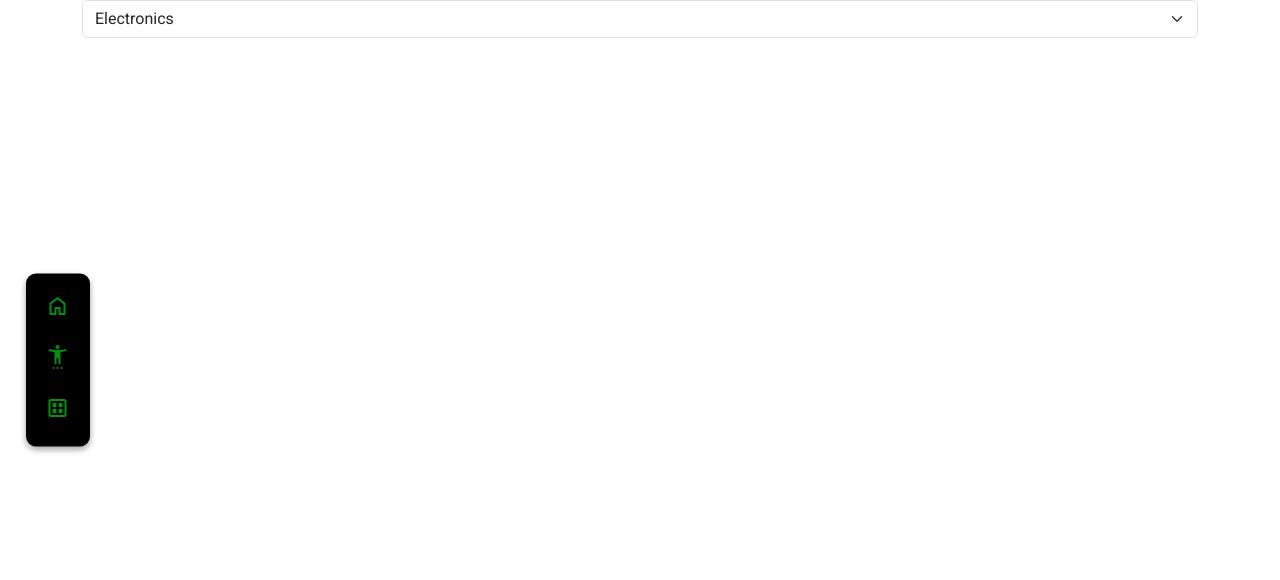
Repository: tuankiet10920/homeworkFEF
Page: /about
An editor plug-in stored every save of this project. The page is shown before and after the next save, followed by the edit.
The browser window is 1280 px wide. The pictures show the whole page.
The project was rebuilt for these pictures with package versions that can differ from the ones it lists, and the page was loaded fresh each time. Also part of the build but not shown: vite.config.js, src/views/HomeView.vue.

Above is the page before, as saved 2024-10-23 22:15:21.

### index.html
<!doctype html>
<html lang="en">
  <head>
    <meta charset="UTF-8" />
    <link rel="icon" href="/favicon.ico" />
    <meta name="viewport" content="width=device-width, initial-scale=1.0" />
    <link
      href="https://cdn.jsdelivr.net/npm/bootstrap@5.3.3/dist/css/bootstrap.min.css"
      rel="stylesheet"
      integrity="sha384-QWTKZyjpPEjISv5WaRU9OFeRpok6YctnYmDr5pNlyT2bRjXh0JMhjY6hW+ALEwIH"
      crossorigin="anonymous"
    />
    <link
      rel="stylesheet"
      href="https://fonts.googleapis.com/css2?family=Material+Symbols+Outlined:opsz,wght,FILL,GRAD@20..48,100..700,0..1,-50..200"
    />
    <link rel="preconnect" href="https://fonts.googleapis.com" />
    <link rel="preconnect" href="https://fonts.gstatic.com" crossorigin />
    <link
      href="https://fonts.googleapis.com/css2?family=Roboto:ital,wght@0,100;0,300;0,400;0,500;0,700;0,900;1,100;1,300;1,400;1,500;1,700;1,900&display=swap"
      rel="stylesheet"
    />
    <title>Vite App</title>
    <link rel="stylesheet" href="./src/assets/css/main.css" />
  </head>
  <body>
    <div id="app"></div>
    <script
      src="https://cdn.jsdelivr.net/npm/bootstrap@5.3.3/dist/js/bootstrap.bundle.min.js"
      integrity="sha384-YvpcrYf0tY3lHB60NNkmXc5s9fDVZLESaAA55NDzOxhy9GkcIdslK1eN7N6jIeHz"
      crossorigin="anonymous"
    ></script>
    <script type="module" src="/src/main.js"></script>
  </body>
</html>

### src/assets/css/main.css
* {
  margin: 0;
  padding: 0;
  box-sizing: border-box;
  text-decoration: none;
  color: #000;
  font-size: 16px;
  font-family: 'Roboto', sans-serif;
  font-weight: 300;
  font-style: normal;
}

### src/App.vue
<script setup>
import { RouterLink, RouterView } from 'vue-router'
import GetSrcImage from './assets/help/getSrcImage.js'
import Icon from './components/Icon.vue'
</script>

<template>
  <header>
    <div class="wrapper">
      <nav>
        <RouterLink to="/">
          <Icon iconName="home" />
        </RouterLink>

        <RouterLink to="/about">
          <Icon iconName="settings_accessibility" />
        </RouterLink>

        <RouterLink to="/labs">
          <Icon iconName="dataset" />
        </RouterLink>
      </nav>
    </div>
  </header>
  <RouterView />
</template>

<style scoped>
.wrapper nav a {
  margin-bottom: 20px;
  width: fit-content;
  text-decoration: none;
}
.wrapper nav a span {
  color: #009011;
}
.wrapper nav a:last-child {
  margin-bottom: 0;
}
nav {
  display: flex;
  flex-direction: column;
  justify-content: center;
  position: absolute;
  top: 50%;
  left: 2%;
  transform: translateY(-50%);
  padding: 20px;
  border-radius: 10px;
  background: #000;
  box-shadow:
    rgba(0, 0, 0, 0.16) 0px 3px 6px,
    rgba(0, 0, 0, 0.23) 0px 3px 6px;
}
</style>

### src/router/index.js
import { createRouter, createWebHistory } from 'vue-router'
import HomeView from '../views/HomeView.vue'

const router = createRouter({
  history: createWebHistory(import.meta.env.BASE_URL),
  routes: [
    {
      path: '/',
      name: 'home',
      component: HomeView,
    },
    {
      path: '/about',
      name: 'about',
      // route level code-splitting
      // this generates a separate chunk (About.[hash].js) for this route
      // which is lazy-loaded when the route is visited.
      component: () => import('../views/AboutView.vue'),
    },
    {
      path: '/labs',
      name: 'labs',
      component: () => import('../views/LabView.vue'),
    }
  ],
})

export default router

### src/assets/help/getSrcImage.js
const getSrcImage = (image) => {
    let __path = 'http://localhost:5173/src/assets/img/'
    return __path + image
}
export default getSrcImage

### src/components/Icon.vue
<script setup>
const props = defineProps(['iconName'])
</script>
<template>
  <span class="material-symbols-outlined"> {{ props.iconName }} </span>
</template>
<style scoped></style>

### src/views/AboutView.vue
<script setup>
import Bai4 from '../Labs/Lab3/Bai4.vue'
</script>
<template>
  <Bai4 />
</template>

<style></style>

### src/Labs/Lab3/Bai4.vue
<script setup>
import { reactive, ref, computed } from 'vue'
import Alienware from '../../assets/img/alienware-g15.webp'
import getSrcImage from '@/assets/help/getSrcImage'
const product = reactive([
  {
    id: 1,
    name: 'Laptop',
    price: 15000000,
    quantity: 5,
    category: 'Electronics',
    inStock: true,
    description: 'Laptop thế hệ mới',
    imageUrl: 'alienware-g15.webp',
  },
  {
    id: 2,
    name: 'Phone',
    price: 8000000,
    quantity: 12,
    category: 'Electronics',
    inStock: true,
    description: 'Điện thoại thông minh',
    imageUrl: 'alienware-m15.webp',
  },
  {
    id: 3,
    name: 'Headphone',
    price: 2000000,
    quantity: 0,
    category: 'Accessories',
    inStock: false,
    description: 'Tai nghe chất lượng cao',
    imageUrl: 'alienware-r2.avif',
  },
])

const selectedCategory = ref('Electronics')

const filterProductList = ref([])

filterProductList.value.filter(product => {
  if (product.category === selectedCategory.value) {
    console.log(product)

    return product
  }
})
</script>
<template>
  <div class="container">
    <select
      class="form-select"
      v-model="selectedCategory"
      aria-label="Default select example"
    >
      <option value="">Open this select menu</option>
      <option value="Electronics">Electronics</option>
      <option value="Accessories">Accessories</option>
    </select>
    <div class="row">
      <div class="col" v-for="item in filterProductList">
        <div class="card" style="width: 18rem">
          <img
            :src="getSrcImage(item.imageUrl)"
            class="card-img-top"
            alt="alienware-g15"
          />
          <div class="card-body">
            <h5 class="card-title">{{ item.name }} - {{ item.category }}</h5>
            <p class="card-text">Giá {{ item.price.toLocaleString() }} VND</p>
            <p class="card-text">Số lượng: {{ item.quantity }}</p>
            <p class="card-text">Mô tả: {{ item.description }}</p>
            <p
              :class="{
                'text-danger': !item.inStock,
                'text-success': item.inStock,
              }"
              v-html="item.inStock ? 'Còn hàng' : 'Hết hàng'"
            ></p>
          </div>
        </div>
      </div>
    </div>
  </div>
</template>
<style scoped>
.card-text {
  font-size: 14px;
}
.btn {
  font-size: 8px;
}
</style>

Loaded but not shown: src/main.js (common file)

After the next save:
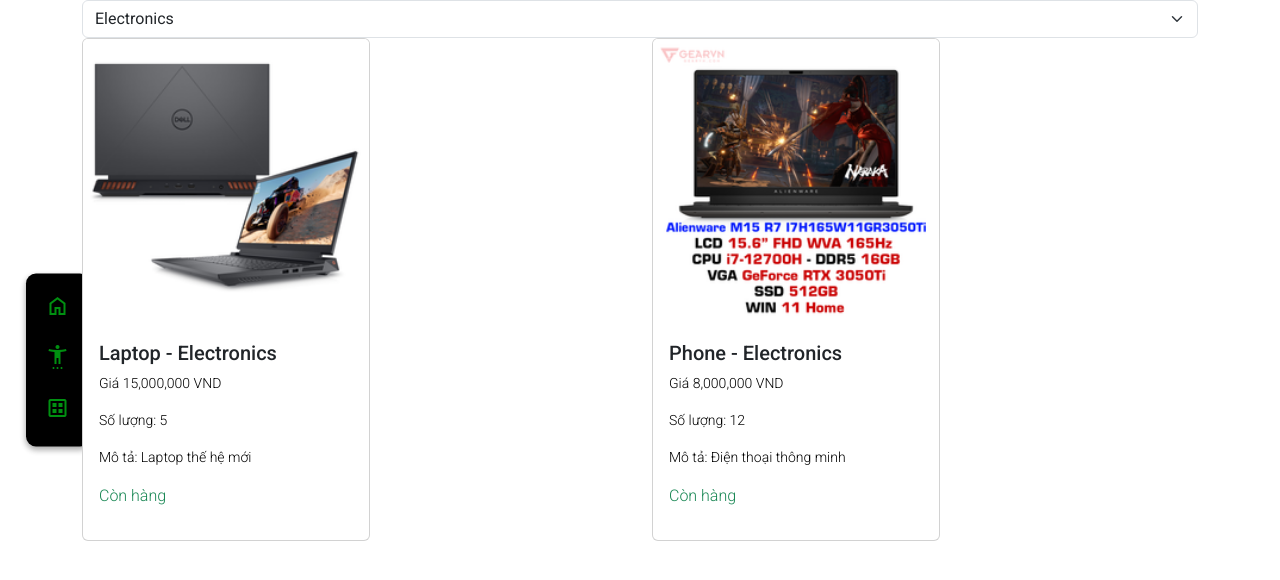
Saved 2 min 12 s later.
--- a/src/Labs/Lab3/Bai4.vue
+++ b/src/Labs/Lab3/Bai4.vue
@@ -37,14 +37,11 @@ const product = reactive([
 
 const selectedCategory = ref('Electronics')
 
-const filterProductList = ref([])
-
-filterProductList.value.filter(product => {
-  if (product.category === selectedCategory.value) {
-    console.log(product)
-
+const filterProductList = computed(() => {
+  if (!selectedCategory.value) {
     return product
   }
+  return product.filter(item => item.category === selectedCategory.value)
 })
 </script>
 <template>
